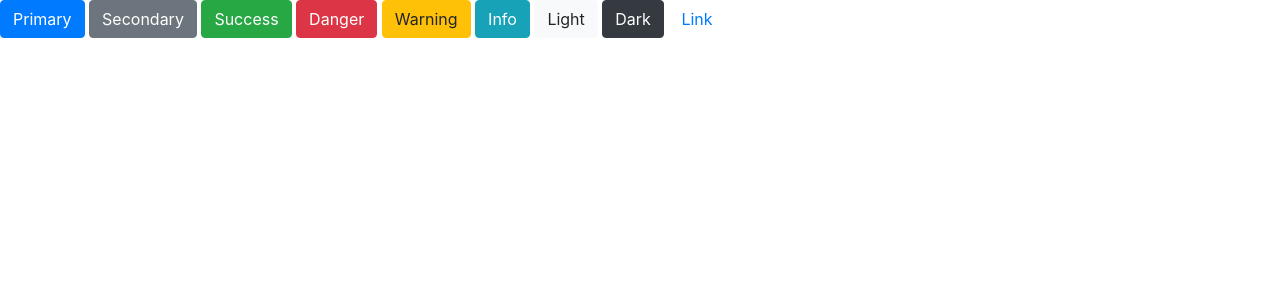
Repository: DaniloBaracho/bootstrap
Page: index.html
These files come from the project's save history. The page is drawn as it stood at one moment and after the next save; the edit follows.
The browser window is 1280 px wide. The pictures show the whole page.

Above is the page before, as saved 2020-05-30 18:14:46.

### index.html
<!DOCTYPE html>
<html lang="pt-br">
    <head>
        <meta charset="utf-8">
        <title>
            Usando bootstrap
        </title>
        <link rel="stylesheet", type="text/css", href="bootstrap/css/bootstrap.min.css">
        <link rel="stylesheet", type="text/css", href="css/style.css">
    </head>
    <body>
        <button type="button" class="btn btn-primary">Primary</button>
        <button type="button" class="btn btn-secondary">Secondary</button>
        <button type="button" class="btn btn-success">Success</button>
        <button type="button" class="btn btn-danger">Danger</button>
        <button type="button" class="btn btn-warning">Warning</button>
        <button type="button" class="btn btn-info">Info</button>
        <button type="button" class="btn btn-light">Light</button>
        <button type="button" class="btn btn-dark">Dark</button>
        <button type="button" class="btn btn-link">Link</button>
    </body>
</html>

Loaded but not shown: bootstrap/css/bootstrap.min.css (library); css/style.css (no stored copy; drawn as an empty file)

After the next save:
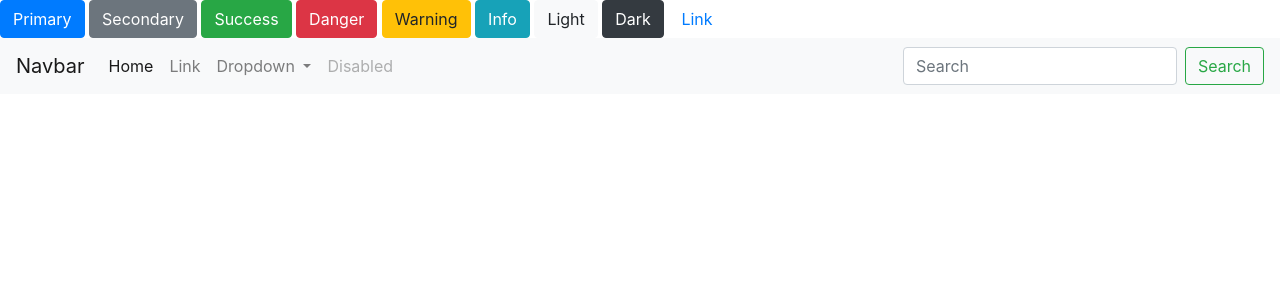
Saved 4 min 40 s later.
--- a/index.html
+++ b/index.html
@@ -18,5 +18,40 @@
         <button type="button" class="btn btn-light">Light</button>
         <button type="button" class="btn btn-dark">Dark</button>
         <button type="button" class="btn btn-link">Link</button>
+        <nav class="navbar navbar-expand-lg navbar-light bg-light">
+            <a class="navbar-brand" href="#">Navbar</a>
+            <button class="navbar-toggler" type="button" data-toggle="collapse" data-target="#navbarSupportedContent" aria-controls="navbarSupportedContent" aria-expanded="false" aria-label="Toggle navigation">
+              <span class="navbar-toggler-icon"></span>
+            </button>
+
+            <div class="collapse navbar-collapse" id="navbarSupportedContent">
+              <ul class="navbar-nav mr-auto">
+                <li class="nav-item active">
+                  <a class="nav-link" href="#">Home <span class="sr-only">(current)</span></a>
+                </li>
+                <li class="nav-item">
+                  <a class="nav-link" href="#">Link</a>
+                </li>
+                <li class="nav-item dropdown">
+                  <a class="nav-link dropdown-toggle" href="#" id="navbarDropdown" role="button" data-toggle="dropdown" aria-haspopup="true" aria-expanded="false">
+                    Dropdown
+                  </a>
+                  <div class="dropdown-menu" aria-labelledby="navbarDropdown">
+                    <a class="dropdown-item" href="#">Action</a>
+                    <a class="dropdown-item" href="#">Another action</a>
+                    <div class="dropdown-divider"></div>
+                    <a class="dropdown-item" href="#">Something else here</a>
+                  </div>
+                </li>
+                <li class="nav-item">
+                  <a class="nav-link disabled" href="#" tabindex="-1" aria-disabled="true">Disabled</a>
+                </li>
+              </ul>
+              <form class="form-inline my-2 my-lg-0">
+                <input class="form-control mr-sm-2" type="search" placeholder="Search" aria-label="Search">
+                <button class="btn btn-outline-success my-2 my-sm-0" type="submit">Search</button>
+              </form>
+            </div>
+          </nav>
     </body>
 </html>
